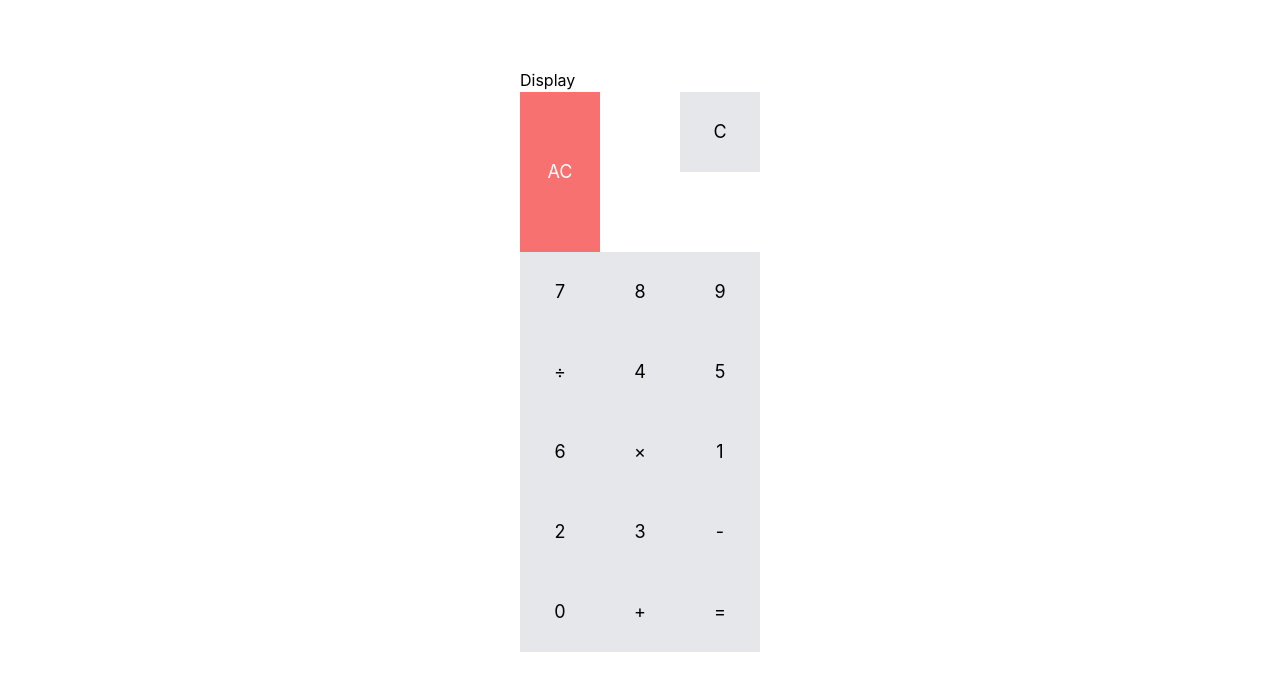
Repository: BrianPhamDev/calculator_app
Page: /
These files come from the project's save history. The page is drawn as it stood at one moment and after the next save; the edit follows.
The browser window is 1280 px wide. The pictures show the whole page.
The project was rebuilt for these pictures with package versions that can differ from the ones it lists, and the page was loaded fresh each time. Also part of the build but not shown: vite.config.js.

Above is the page before, as saved 2024-01-09 14:25:54.

### src/App.jsx
import Calculator from "./components/Calculator";

function App() {
  return (
    <>
      <div className="flex items-center justify-center w-screen h-screen">
        <Calculator></Calculator>
      </div>
    </>
  );
}

export default App;

### src/components/Calculator.jsx
import { calculatorButtons } from "../globals/calculator-button-data";

const Calculator = () => {
  const specialClasses = {
    ac: "col-span-2 h-40 bg-red-400 text-white",
  };
  return (
    <div className="">
      <h1>Display</h1>
      <div className="grid grid-cols-3">
        {calculatorButtons.map((button) => {
          return (
            <div
              key={button.className}
              className={`bg-gray-200 flex items-center justify-center w-20 h-20 hover:bg-slate-300 text-lg ${
                specialClasses[button.className] || ""
              }`}
            >
              {button.text}
            </div>
          );
        })}
      </div>
    </div>
  );
};

export default Calculator;

### src/globals/calculator-button-data.js
export const calculatorButtons = [
  {
    type: "clear",
    className: "ac",
    text: "AC",
    value: "All Clear",
  },
  {
    type: "clear",
    className: "c",
    text: "C",
    value: "Clear",
  },
  {
    type: "number",
    className: "seven",
    text: 7,
    value: 7,
  },
  {
    type: "number",
    className: "eight",
    text: 8,
    value: 8,
  },
  {
    type: "number",
    className: "nine",
    text: 9,
    value: 9,
  },
  {
    type: "operator",
    className: "divide",
    text: "\u00f7",
    value: "Divide",
  },
  {
    type: "number",
    className: "four",
    text: 4,
    value: 4,
  },
  {
    type: "number",
    className: "five",
    text: 5,
    value: 5,
  },
  {
    type: "number",
    className: "six",
    text: 6,
    value: 6,
  },
  {
    type: "operator",
    className: "multiply",
    text: "\u00d7",
    value: "Multiply",
  },
  {
    type: "number",
    className: "one",
    text: 1,
    value: 1,
  },
  {
    type: "number",
    className: "two",
    text: 2,
    value: 2,
  },
  {
    type: "number",
    className: "three",
    text: 3,
    value: 3,
  },
  {
    type: "operator",
    className: "subtract",
    text: "-",
    value: "Subtract",
  },
  {
    type: "number",
    className: "zero",
    text: 0,
    value: 0,
  },
  {
    type: "operator",
    className: "add",
    text: "+",
    value: "Add",
  },
  {
    type: "enter",
    className: "equal",
    text: "=",
    value: "Equal",
  },
];

Loaded but not shown: index.html (common file); src/main.jsx (common file); src/index.css (common file); tailwind.config.js (common file)

After the next save:
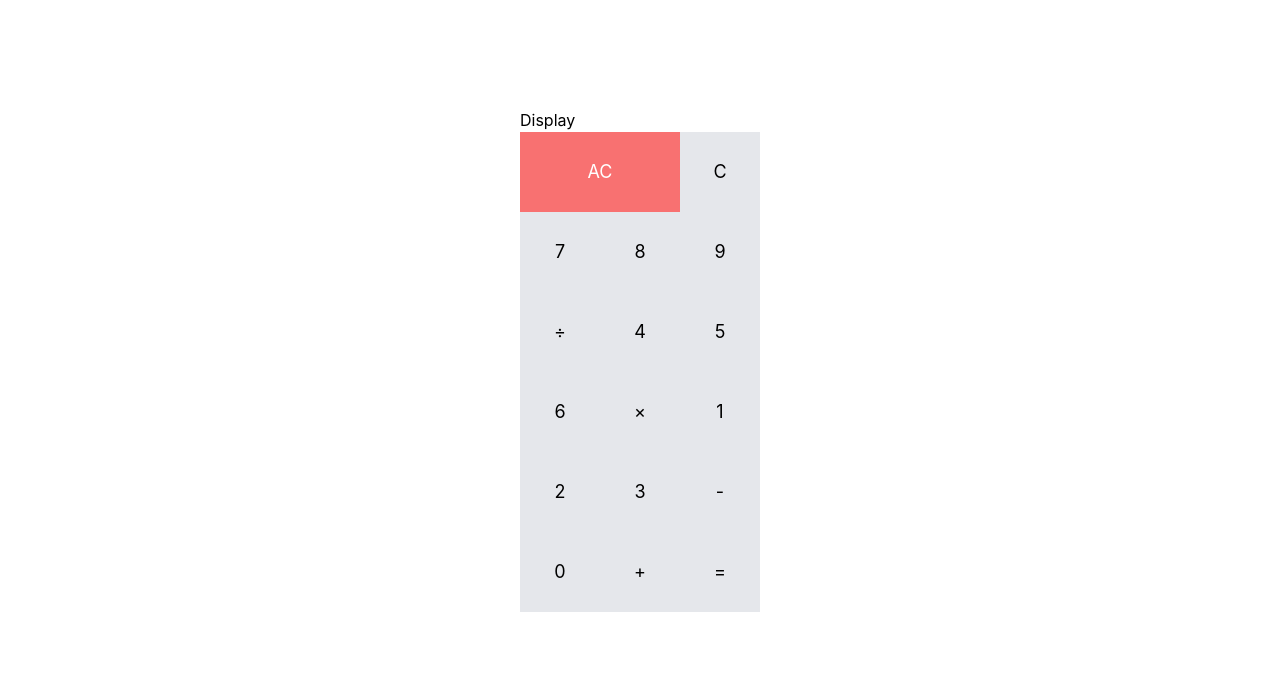
Saved 6 s later.
--- a/src/components/Calculator.jsx
+++ b/src/components/Calculator.jsx
@@ -2,7 +2,7 @@ import { calculatorButtons } from "../globals/calculator-button-data";
 
 const Calculator = () => {
   const specialClasses = {
-    ac: "col-span-2 h-40 bg-red-400 text-white",
+    ac: "col-span-2 w-40 bg-red-400 text-white",
   };
   return (
     <div className="">
